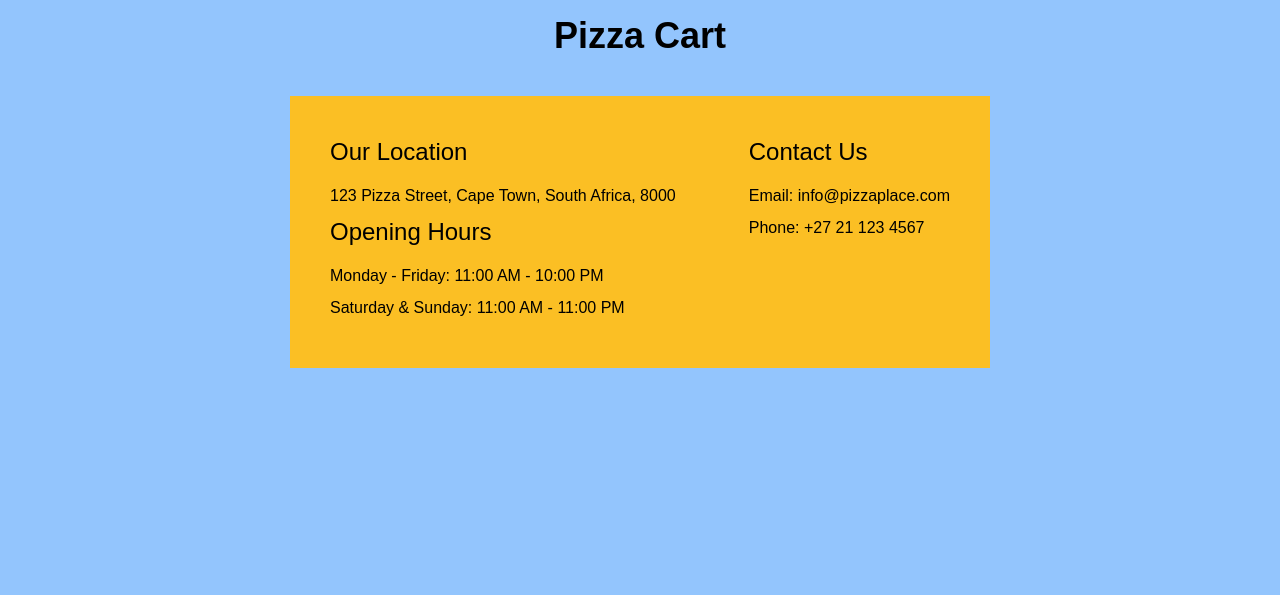
Repository: lasity34/pizza-cart-with-api
Page: index.html
The author's editor kept a copy of each file at every save. The page is drawn from the files as they stood at one save, then again after the next save.
The browser window is 1280 px wide. The pictures show the whole page.
The page's requests for data from a server got no answer. Some web fonts or font styles are not loaded; a fallback is used. Some web libraries are served in a nearby version.

Above is the page before, as saved 2023-07-16 20:04:43.
Console error (its wording comes from the project's code and is left out).

After the next save:
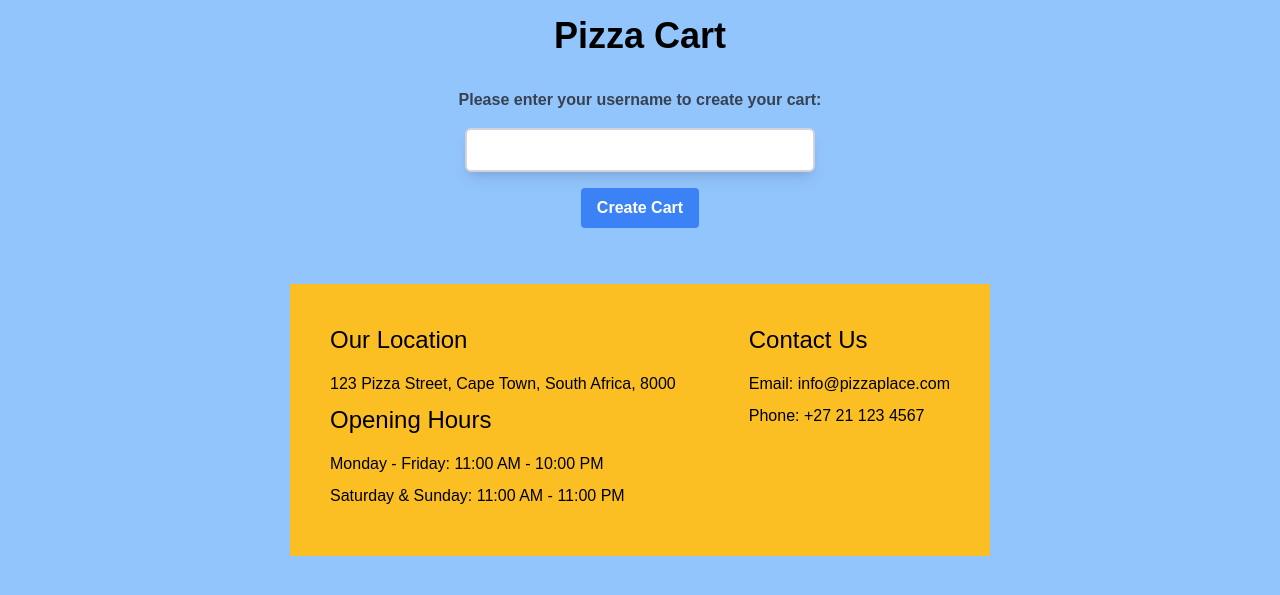
Saved 33 min 13 s later.
--- a/index.html
+++ b/index.html
@@ -30,7 +30,7 @@
       <p x-text="cartId"></p>
     </section>
 
-    <section class="flex flex-col items-center mt-8 pb-4" x-show="!createCart()">
+    <section class="flex flex-col items-center mt-8 pb-4">
       <h3 class="text-md font-semibold mb-2 text-center text-gray-700">Please enter your username to create your cart:</h3>
       <input type="text" x-model="username" class="w-1/2 mt-2 p-2 rounded-md border-2 border-gray-300 shadow-lg focus:outline-none focus:ring-2 focus:ring-blue-600" />
       <button class="mt-4 bg-blue-500 hover:bg-blue-700 text-white font-bold py-2 px-4 rounded" @click="login()">Create Cart</button>
